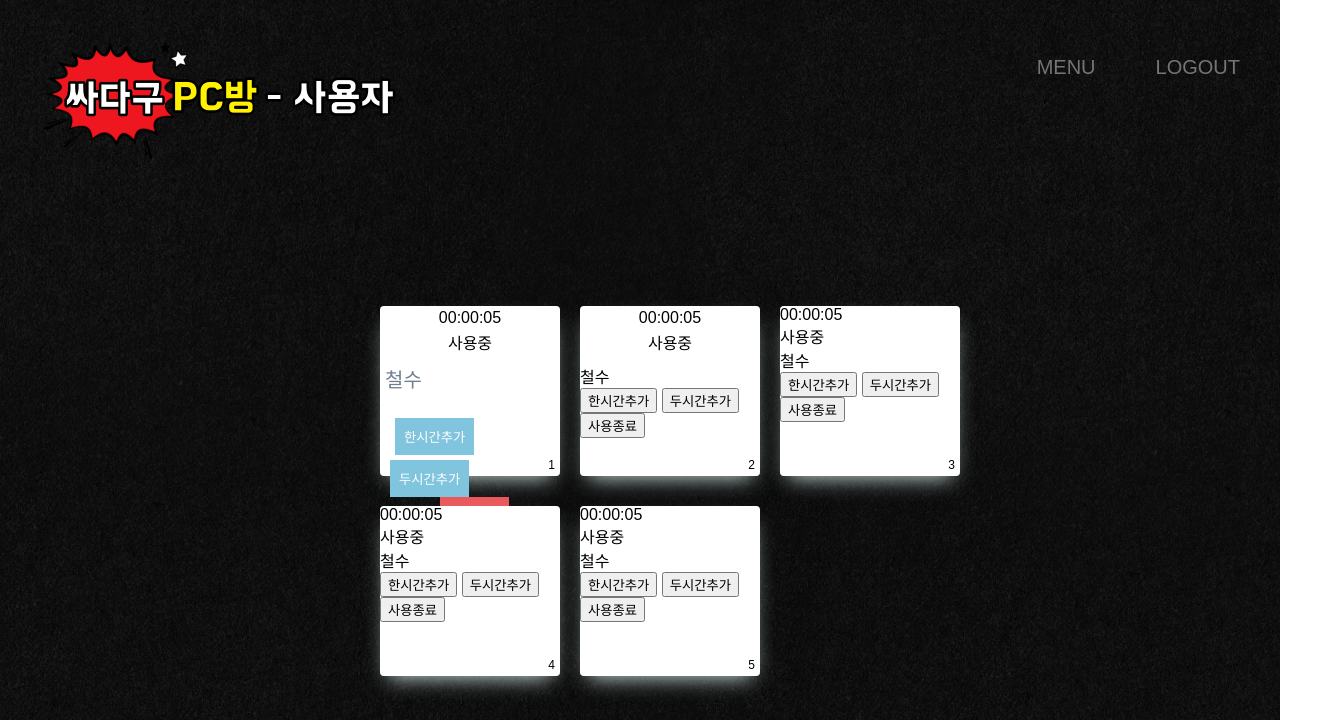
Repository: lkwoung/webProject-assignment
Page: http://localhost/CheapPC/userSeat.jsp
An editor plug-in stored every save of this project. The page is shown before and after the next save, followed by the edit.
The browser window is 1280 px wide. The page is 1320 px wide, so the pictures cover 1320 px, including what lies to the right of the window. The pictures show the whole page.
Some web fonts or font styles are not loaded; a fallback is used. The page is served by Tomcat 9. Other server files are loaded and not shown.

Above is the page before, as saved 2020-12-13 13:35:32.

### CheapPC/WebContent/userSeat.jsp
<%@ page language="java" contentType="text/html; charset=UTF-8"
   pageEncoding="UTF-8"%>
<!DOCTYPE html>

<html>
<head>
  <meta charset="UTF-8">
  <title>사용자 자리 view</title>
  <link rel="stylesheet" href="css/userView.css">
  <link href="https://fonts.googleapis.com/earlyaccess/hanna.css" rel="stylesheet" type="text/css" />
</head>

<body>
<div class="nav-header">
    <div class="nav-brand">
    <i class="fa fa-bars fa-3x"></i>
    <div class="header-links">
      <ul>
        <li data-menuanchor="thirdPage"><a href="index.jsp">LOGOUT</a></li>
        <li data-menuanchor="secondPage"><a href="menu.jsp">MENU</a></li>
      </ul>
    </div>
  </div>
  </div>
<!-- partial:index.partial.html -->
<div id="app-cover">
  <div class="row">
    <div class="toggle-button-cover">
      <div class="button-cover">
        <div class="button r" id="button-1" >
          <div class="knobs"></div>
          <div class="layer">
         <div class="0" style="text-align:center;padding-top:3px;">00:00:00</div>
         <div id="0-state" style="text-align:center;padding-top:3px;padding-bottom:10px;">사용중</div>
         <div id="0-user" style="padding-left:5px; font-size:20px; color:#708090; padding-bottom:20px;"> </div>
         <div class="0buttons" style="top:20%; padding-left:10px; ">
         <input type="button" style="background:#80C4DE; margin:5px;color:#fff;border:none; font-family:'Hanna', sans-serif;padding:9px;"onclick="fncAddTime(0,3600);" value="한시간추가"/>
         <input type="button" style="background:#80C4DE; color:#fff;border:none; font-family:'Hanna', sans-serif;padding:9px;"onclick="fncAddTime(0,7200);" value="두시간추가"/>
         <input type="button" style="background:#EA575B; margin-left:50px; color:#fff;border:none; font-family:'Hanna', sans-serif;padding:10px;"onclick="fucEndTimer(0);" value="사용종료"/>
         </div>
          </div>

        </div>
      </div>
    </div>
    <div class="toggle-button-cover">
      <div class="button-cover">
        <div class="button r" id="button-2">
          <div class="knobs"></div>
             <div class="layer">
                <div class="1" style="text-align:center;padding-top:3px;">00:00:00</div>
                <div id="1-state" style="text-align:center;padding-top:3px;padding-bottom:10px;">사용중</div>
                <div id="1-user"> </div>
            <input type="button" onclick="fncAddTime(1,3600);" value="한시간추가"/>
            <input type="button" onclick="fncAddTime(1,7200);" value="두시간추가"/>
            <input type="button" onclick="fucEndTimer(1);" value="사용종료"/>
         </div>
        </div>
      </div>
    </div>
    <div class="toggle-button-cover">
      <div class="button-cover">
        <div class="button r" id="button-3">
          <div class="knobs"></div>
          <div class="layer">
             <div class="2">00:00:00</div>
             <div id="2-state">사용중</div>
             <div id="2-user"> </div>
         <input type="button" onclick="fncAddTime(2,3600);" value="한시간추가"/>
         <input type="button" onclick="fncAddTime(2,7200);" value="두시간추가"/>
         <input type="button" onclick="fucEndTimer(2);" value="사용종료"/>
         </div>
        </div>
      </div>
    </div>
  </div>
  <div class="row">
    <div class="toggle-button-cover">
      <div class="button-cover">
        <div class="button r" id="button-4">
          <div class="knobs"></div>
          <div class="layer">
          <div class="3">00:00:00</div>
          <div id="3-state">사용중</div>
          <div id="3-user"> </div>
         <input type="button" onclick="fncAddTime(3,3600);" value="한시간추가"/>
         <input type="button" onclick="fncAddTime(3,7200);" value="두시간추가"/>
         <input type="button" onclick="fucEndTimer(3);" value="사용종료"/>
         </div>

        </div>
      </div>
    </div>
    <div class="toggle-button-cover">
      <div class="button-cover">
        <div class="button r" id="button-5">
          <div class="knobs"></div>
          <div class="layer">
             <div class="4">00:00:00</div>
             <div id="4-state">사용중</div>
             <div id="4-user"> </div>
         <input type="button" onclick="fncAddTime(4,3600);" value="한시간추가"/>
         <input type="button" onclick="fncAddTime(4,7200);" value="두시간추가"/>
         <input type="button" onclick="fucEndTimer(4);" value="사용종료"/>
         </div>
        </div>
      </div>
    </div>
    </div>
</div>

<!-- partial -->
<script type="text/javascript">
       var handler = new Array();
       var leftT = new Array();
       /* Timer */
       function countdown(className, seconds,user){
          var tnum = className; //타이머 번호
          var element,stateName,userName,endTime, hours, mins, secs, msLeft, time;

          stateName = className.concat("-state");
          userName = className.concat("-user");
         var sUser = String(user);
          function updateTimer(){
                      msLeft = endTime - (+new Date);
                      if ( msLeft < 0 ) { // 시간 초과시 이벤트 영역
                         stateName = className.concat("-state");
                         document.getElementById(stateName).innerHTML = '빈좌석';
                         document.getElementById(userName).innerHTML = ' ';
                      }
                      else {
                         document.getElementById(stateName).innerHTML = '사용중';//빈좌석을 사용중으로 변경 후
                         document.getElementById(userName).innerHTML = sUser ; //사용자 이름을 표기
                              time = new Date( msLeft );
                              leftT[tnum] = msLeft; //현재 남은 시간을 전역으로 추가
                              hours = ('0' + time.getUTCHours()).slice(-2);
                              mins  = ('0' + time.getUTCMinutes()).slice(-2);
                              secs  = ('0' + time.getUTCSeconds()).slice(-2);
                              element.innerHTML = hours + ':' + mins + ':' + secs;
                              handler[tnum] = setTimeout(updateTimer, time.getUTCMilliseconds());
                      }
               }
               element = document.getElementsByClassName(className);
               if(element.length!=0) {// 해당 타이머가 맞는지 확인
                      element = element[0];
                      endTime = (+new Date) + 1000 * seconds;
                      updateTimer(); // 타이머 실행

               } else { //해당 타이머가 아니면...
                      //alert("no timer");
               }
       }


       fncLoadTimer();
  //     countdown('0', 3600);  // seconds 로 생성
    //   countdown('1', 1234);  // seconds 로 생성
      // countdown('2', 5055);  // seconds 로 생성
       //countdown('3', 0);  // seconds 로 생성
       //countdown('4', 3);  // seconds 로 생성
  // countdown('5', 0);  // seconds 로 생성


function fncAddTime(tableNum,time) { //버튼 클릭
         clearTimeout(handler[tableNum]);
            tleft = leftT[tableNum] / 1000;
            timerName = String(tableNum);
            countdown(timerName,tleft + time,"a");
}



function fncLoadTimer() { //페이지 최초 실행시 db에서 불러오기
   for (i = 0; i < 5 ; i ++ ){ // 좌석수 만큼 반복
      var clssI = String(i); //i순서를 문자열(클래스명이 문자열임)로 바꾼 클레스i 변수
      countdown(clssI,10,"철수");  // seconds 로 생성
   }
}

function fncMakeTimer(tableNum) { //사용자 새로 등록하기
   var user = "갑수"
   var clss = String(tableNum);
   countdown(clss, 3600,"갑수");   // seconds 로 생성
}

function fucEndTimer(timernum){ //사용종료
   clearTimeout(handler[timernum]);
   timerName = String(timernum);
   countdown(timerName,0);
}

</script>


</body>
</html>

### CheapPC/WebContent/css/userView.css
/* CSS rules are kept repetitive so that you can get CSS rules for each button easily :) */

body
{
	background: url(image/user.png) no-repeat center center fixed;
	-webkit-background-size: cover;
	-moz-background-size: cover;
	-o-background-size: cover;
	background-size: cover;
    margin: 0;
    font-size: 16px;
    font-family:'Hanna', sans-serif;
    -webkit-font-smoothing: antialiased;
}
img.user {

	min-height: 100%;
	min-width: 1024px;
	width: 100%;
	height: auto;
	position: fixed;
	top: 0;
	left: 0;
}

@media screen and (max-width: 1024px) {
img.user {
	left: 50%;
	margin-left: -512px;
	}
}

}
ul {
  list-style-type: none;
}

a {
  text-decoration: none !important;
}

h1 {
  color: #ff6363;
  font-weight: bold;
}

p {
  font-size: 20px;
  color: #484848;
}

.section {
  text-align: center;
}

.skillbar {
  cursor: pointer;
}

.hide {
  display: none;
}

.display {
  display: block;
}

/* flash alert styles */

.flash-container {
  width: 100%;
  position: fixed;
  z-index: 700;
  padding-top: 20px;
  font-weight: bold;
}

.alert {
  text-align: center !important;
  width: 500px !important;
  margin-left: auto !important;
  margin-right: auto !important;
  color: #211809 !important;
}


/* nav header links */

.nav-brand {
  position: initial;
  left: 0;
  z-index: 600;
  padding: 10px;
}

.nav-brand img {
  width: 50px;
}

.fa-bars {
  display: none !important;
  color: #ff6363;
  float: right;
  padding: 20px;
  position: fixed;
  right: 0;
  z-index: 500;
  cursor: pointer;
}

.fa-times {
  color: #ff6363;
  float: right;
  padding: 20px;
  right: 0;
  z-index: 600;
  cursor: pointer;
}

.header-links {
  position: initial;
  width: 100%;
  z-index: 500;
  padding-right:50px;
}

.header-links li {
  color: white;
  display: inline;
  float: right;
  padding: 30px;
  font-size: 20px;
}

.header-links a {
  color: #757575;
  -webkit-transition: all 0.2s ease-in;
}

.header-links a:hover {
  color: #ff6363 !important;
}

/* slide out nav menu styles */

.nav-container {
  padding-top: 10%;
}

.nav-links {
  width: 250px;
  text-align: center;
  margin-left: auto;
  margin-right: auto;
}

.nav-links ul {
  margin-top: 15%;
  text-align: center;
  padding-top: 10%;
}

.nav-links a {
  color: #ffffff;
  font-size: 30px;
  line-height: 2.5;
  font-weight: bold;
  text-decoration: none;
  margin-left: auto;
  margin-right: auto;
}

.nav-links a:hover {
  color: #ff6363;
  -webkit-transition: all 0.6s ease-in-out;
  -o-transition: all 0.6s ease-in-out;
  -ms-transition: all 0.6s ease-in-out;
  -moz-transition: all 0.6s ease-in-out;
  transition: all 0.6s ease-in-out;
}

#fp-nav ul li .fp-tooltip {
  color: #5f5f5f !important;
}

/* Expanding border effect */

.header-links a::after {
  display: block;
  margin: 0 auto;
  margin-top: 5px;
  width: 0;
  height: 2px;
  background-color: #fff;
  content: "";
  opacity: 0;
  -webkit-transition: width 0.6s, opacity 0.8s;
  -moz-transition: width 0.6s, opacity 0.8s;
  transition: width 0.6s, opacity 0.8s;
}

.header-links a:hover::after,
.header-links a:focus::after {
  opacity: 1;
  width: 100%;
}
Resources
* {
  box-sizing: border-box;
}
#app-cover
{
    display: table;
    width: 600px;
    margin: 80px auto;
    counter-reset: button-counter;
}

.row
{
    display: table-row;
}

.toggle-button-cover
{
    display: table-cell;
    position: relative;
    width: 300px;
    height: 200px;
    box-sizing: border-box;
    top: 150px;
}

.button-cover
{
    height: 100px;
    width: 150px;
    margin: 40px;
    padding: 10px;
    background-color: #fff;
    box-shadow: 0 10px 20px -8px #c5d6d6;
    border-radius: 4px;
}

.button-cover:before
{
    counter-increment: button-counter;
    content: counter(button-counter);
    position: absolute;
    right: 0;
    bottom: 0;
    color: #000000;
    font-size: 12px;
    line-height: 1;
    padding: 5px;
}

.button-cover, .knobs, .layer
{
    position: absolute;
    top: 0;
    right: 0;
    bottom: 0;
    left: 0;
    width: 180px;
    height: 170px;
    padding: inherit;
}

After the next save:
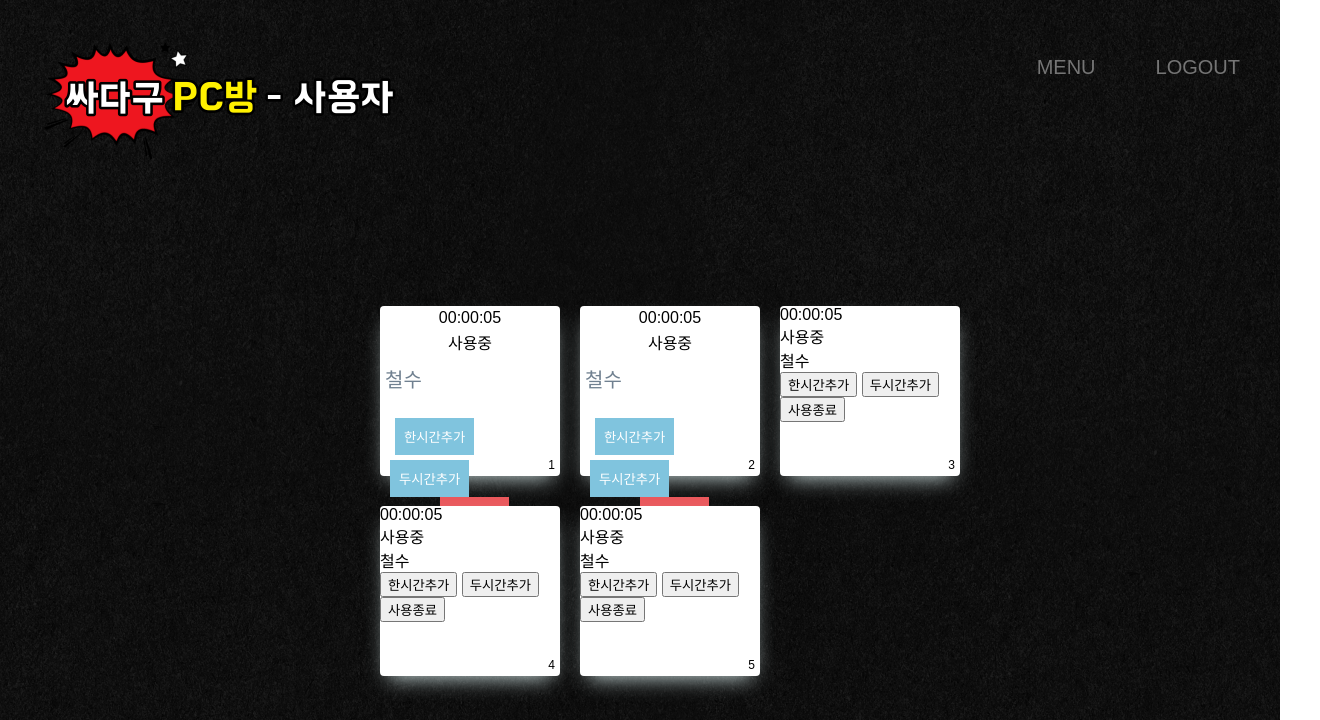
Saved 2 min 14 s later.
--- a/CheapPC/WebContent/userSeat.jsp
+++ b/CheapPC/WebContent/userSeat.jsp
@@ -50,10 +50,12 @@
              <div class="layer">
                 <div class="1" style="text-align:center;padding-top:3px;">00:00:00</div>
                 <div id="1-state" style="text-align:center;padding-top:3px;padding-bottom:10px;">사용중</div>
-                <div id="1-user"> </div>
-            <input type="button" onclick="fncAddTime(1,3600);" value="한시간추가"/>
-            <input type="button" onclick="fncAddTime(1,7200);" value="두시간추가"/>
-            <input type="button" onclick="fucEndTimer(1);" value="사용종료"/>
+                <div id="1-user" style="padding-left:5px; font-size:20px; color:#708090; padding-bottom:20px;"> </div>
+                <div class="1buttons" style="top:20%; padding-left:10px; ">
+            <input type="button" style="background:#80C4DE; margin:5px;color:#fff;border:none; font-family:'Hanna', sans-serif;padding:9px;"onclick="fncAddTime(1,3600);" value="한시간추가"/>
+            <input type="button" style="background:#80C4DE; color:#fff;border:none; font-family:'Hanna', sans-serif;padding:9px;" onclick="fncAddTime(1,7200);" value="두시간추가"/>
+            <input type="button" style="background:#EA575B; margin-left:50px; color:#fff;border:none; font-family:'Hanna', sans-serif;padding:10px;" onclick="fucEndTimer(1);" value="사용종료"/>
+            </div>
          </div>
         </div>
       </div>
